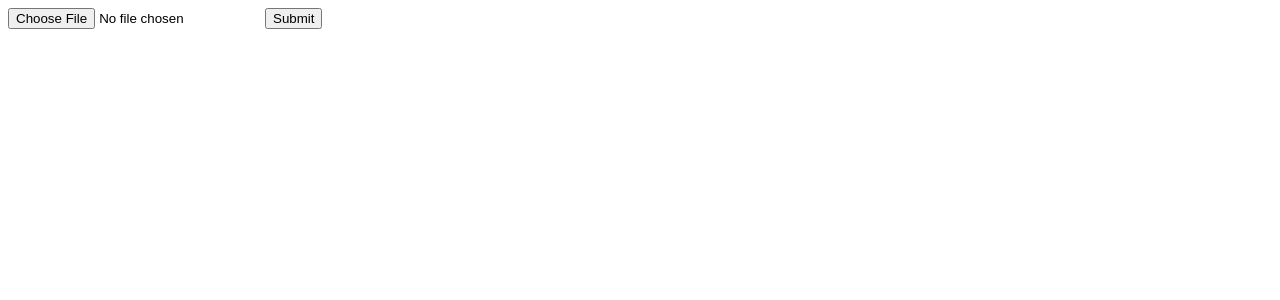
Repository: aishwaryan14/JavaProject
Page: http://localhost/StudentBuddy/
An editor plug-in stored every save of this project. The page is shown before and after the next save, followed by the edit.
The browser window is 1280 px wide. The pictures show the whole page.
The page is served by Tomcat 9.

Above is the page before, as saved 2020-04-20 15:01:41.

After the next save:
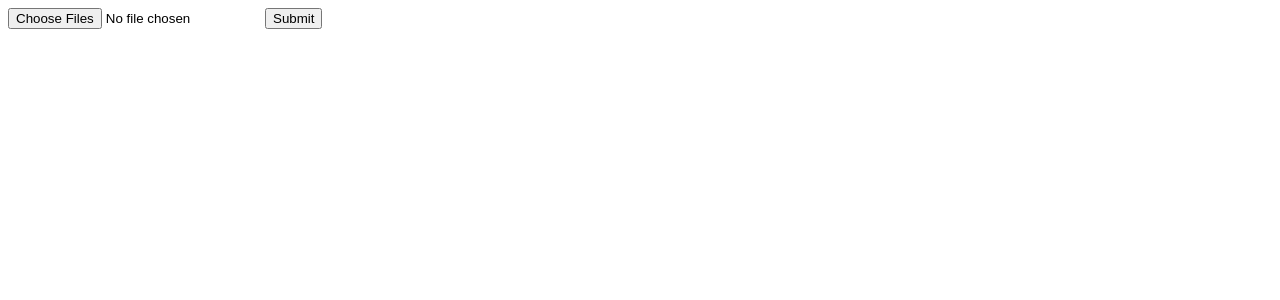
Saved 71 s later.
--- a/servlet/StudentBuddy/WebContent/index.jsp
+++ b/servlet/StudentBuddy/WebContent/index.jsp
@@ -9,7 +9,7 @@
 <body>
 <form action="upload" method = "post" >
 
-<input type="file" name="file"/>
+<input type="file" name="file" multiple/>
 <input type="submit">
 </form>
 </body>
